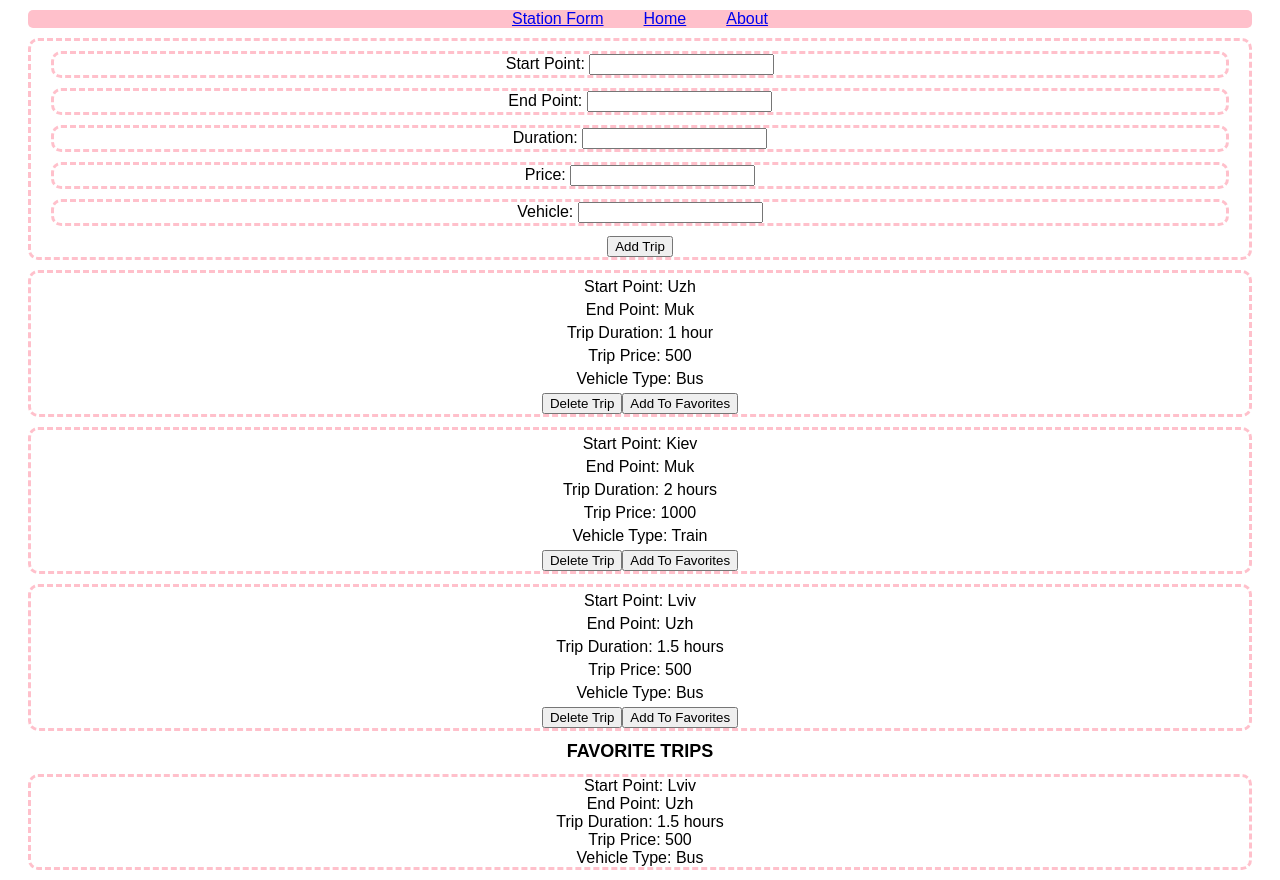
Repository: rutsguifd/mkr2
Page: /#/station-form
The author's editor kept a copy of each file at every save. The page is drawn from the files as they stood at one save, then again after the next save.
The browser window is 1280 px wide. The pictures show the whole page.
The project was rebuilt for these pictures with package versions that can differ from the ones it lists, and the page was loaded fresh each time. Also part of the build but not shown: src/views/Home.vue, src/views/About.vue.

Above is the page before, as saved 2021-12-21 23:20:47.

After the next save:
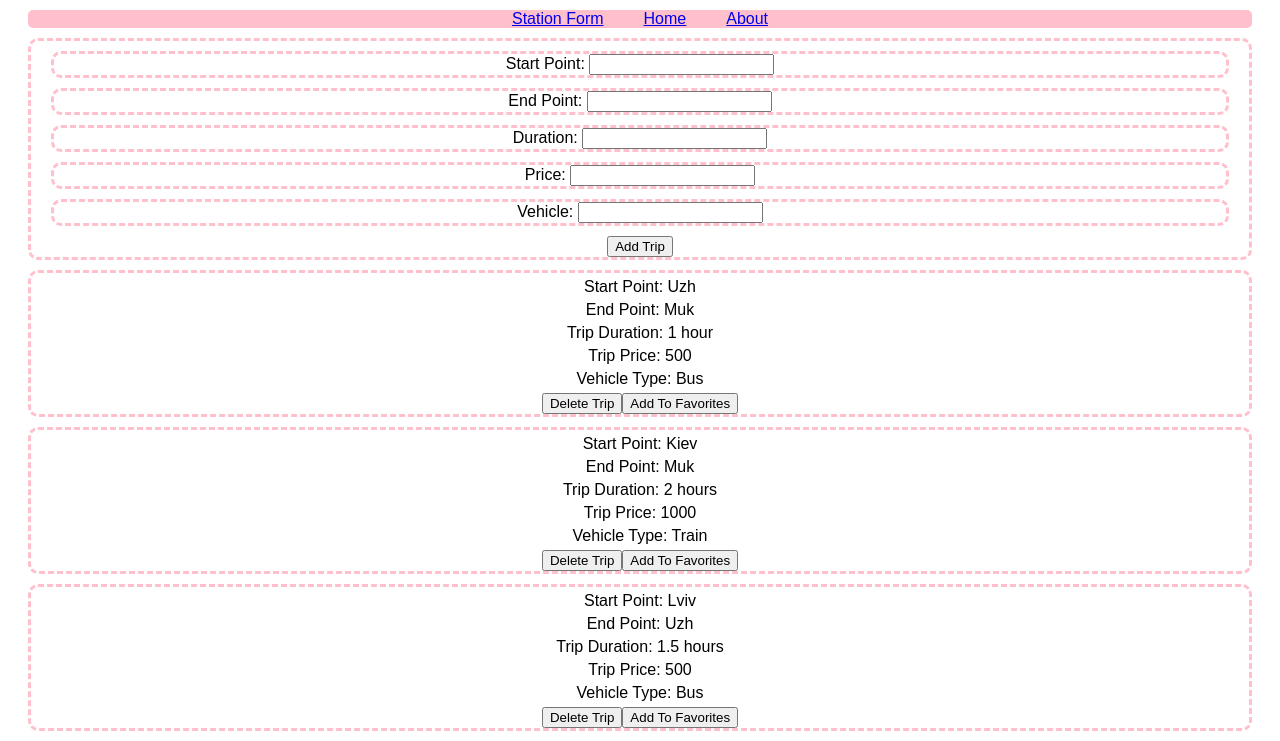
Saved 16 s later.
--- a/src/store/index.js
+++ b/src/store/index.js
@@ -28,16 +28,7 @@ export default createStore({
         vehicle: "Bus"
       }
     ],
-    favoriteTrips: [
-      {
-        id: 3,
-        tripStart: "Lviv",
-        tripEnd: "Uzh",
-        tripDuration: "1.5 hours",
-        tripPrice: "500",
-        vehicle: "Bus"
-      }
-    ]
+    favoriteTrips: []
   },
   mutations: {
     addTrip(state, trip) {
